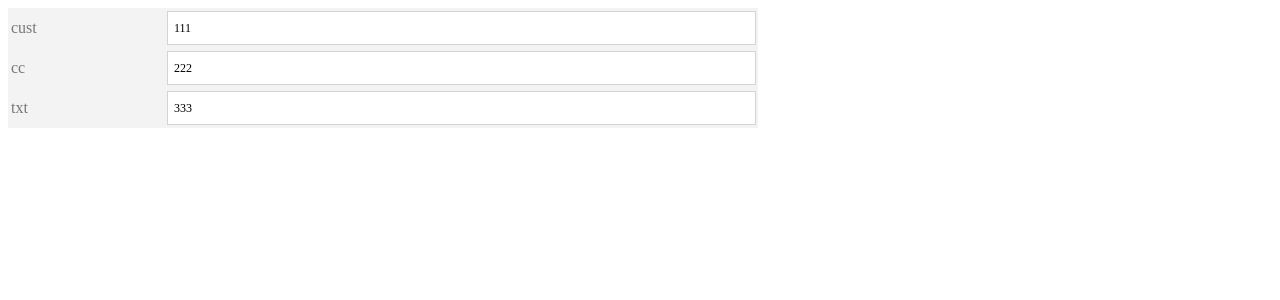
Repository: moonyohan1/react-recoil-ts
Page: / (app in 3.Input/)
The author's editor kept a copy of each file at every save. The page is drawn from the files as they stood at one save, then again after the next save.
The browser window is 1280 px wide. The pictures show the whole page.
The project was rebuilt for these pictures with package versions that can differ from the ones it lists, and the page was loaded fresh each time.

Above is the page before, as saved 2022-09-03 17:43:11.

### 3.Input/src/index.tsx
import React from 'react';
import ReactDOM from 'react-dom/client';
import App from './App';


const rootElement = document.getElementById('root');
if (!rootElement) throw new Error('Failed to find the root element');
const root = ReactDOM.createRoot(rootElement);

root.render(
  <React.StrictMode>
    <App />
  </React.StrictMode>
);

### 3.Input/src/App.tsx
import React from "react";
import {
	RecoilRoot,
	atom,
	selector,
	useRecoilState,
	useRecoilValue,
} from "recoil";

import { Form } from "Form";
import './css/index.css'

function App() {
	return (
	  <div className="App">
		<RecoilRoot>
		  	<Form>
			</Form>

		</RecoilRoot>
	  </div>
	);
}

export default App;

### 3.Input/src/Form.tsx
import { Field } from "Field";
import { DataModel } from "state";
import { useRecoilValue } from "recoil";

export const Form = ({}: any) => {
	const dataModel = useRecoilValue(DataModel);
	return (
		<ul
			style={{ maxWidth: "750px" }}
			className={"wrapper-form wrapper-form-state-1"}
			data-render-type={"list"}
		>
			{Object.entries(dataModel).map((item) => {
				return <Field key={item[0]} pid={item[0]}></Field>;
			})}
		</ul>
	);
};

### 3.Input/src/css/index.css
.wrapper-form {
  list-style: none;
  padding: 0;
  margin: 0;
  background-color: #f3f3f3;
  margin-bottom: 5px;
  max-width: none;
}
.wrapper-form, .wrapper-form > li {
  display: -ms-flexbox;
  display: flex;
  -ms-flex-wrap: wrap;
  flex-wrap: wrap;
  -ms-flex-align: center;
  align-items: center;
  position: relative;
}

.wrapper-form-state-1.wrapper-form > li {
    width: 100%;
}
.wrapper-form > li {
    min-height: 31px;
}

.wrapper-form > li > .title {
  color: #777777;
}
.wrapper-form > li > .title, .wrapper-form > li > .form {
  padding: 3px;
}

.wrapper-form > li > .form {
  -ms-flex: 1;
  flex: 1;
  position: relative;
  min-width: 130px;
}

.wrapper-form > li > .title, .wrapper-form > li > .form {
  padding: 3px;
}

.wrapper-form > li > .form .control-set {
  float: none;
  width: 100%;
  margin-right: 0;
}

.control-set {
  float: left;
  display: -ms-flexbox;
  display: flex;
  -ms-flex-wrap: wrap;
  flex-wrap: wrap;
  -ms-flex-align: center;
  align-items: center;
  position: relative;
  word-wrap: break-word;
  word-break: break-word;
}

.control-set .control {
  display: -ms-flexbox;
  display: flex;
  -ms-flex-wrap: wrap;
  flex-wrap: wrap;
  -ms-flex: 1;
  flex: 1;
  -ms-flex-align: center;
  align-items: center;
  position: relative;
  word-wrap: break-word;
  word-break: break-word;
}

.control-set .control > .form-control, .control-set .control > .tags-input, .control-set .control > .well, .control-set .control > .wrapper-attach-file {
  -ms-flex: 1;
  flex: 1;
}

.control-set .control > * {
  margin-right: -1px;
  z-index: 1;
}

.form-control {
  display: block;
  width: 100%;
  height: 26px;
  padding: 3px 6px;
  font-size: 12px;
  line-height: 1.42857143;
  color: #000;
  background-color: #fff;
  border: 1px solid #d4d4d4;
  transition: border-color ease-in-out 0.15s, box-shadow ease-in-out 0.15s;
  outline: 0;
  border-radius: 0;
  -webkit-appearance: none;
}

input, button, select, textarea {
  font-family: inherit;
  font-size: inherit;
  line-height: inherit;
}

### 3.Input/src/Field.tsx
import { Title } from "Title";
import { Input } from "Input";
import React from "react";

export const Field = ({ pid }) => {
	return (
		<li>
			<Title pid={pid}></Title>
			<Input pid={pid}></Input>
		</li>
	);
};

### 3.Input/src/state.ts
import { atom, selector, atomFamily, selectorFamily } from "recoil";
import dataModel from "./metadata/dataModel.json";

export const DataModel = atom({
	key: "dataModel",
	default: dataModel,
});

export const controlState = selectorFamily<any, string>({
	key: "controlSelector",
	get:
		(pid) =>
		({ get }) => {
			return get(DataModel)[pid];
		},
	set:
		(pid) =>
		({ set }, newValue) => {
			set(DataModel, (prevState) => {
				return { ...prevState, [pid]: newValue };
			});
		},
});

### 3.Input/src/Title.tsx

export const Title = ({pid}) => {
	return (
		<div className="title" style={{"width": "150px"}}>{pid}</div>
	);
  };

### 3.Input/src/Input.tsx

import { useRecoilState, useRecoilValue } from 'recoil';
import {controlState, DataModel} from 'state'


export const Input = ({pid}) => {
	const [value, setValue] = useRecoilState(controlState(pid));
	const onChange = (e)=>{
		setValue(e.target.value);
	}

	return (
		<div className="form">
			<div className="control-set">
				<div className="control">
					<input className="form-control " placeholder={value} value= {value} onChange={onChange}></input>
				</div>
			</div>
		</div>
	);
  };

### 3.Input/src/metadata/dataModel.json
{
    "cust": "111",
    "cc": "222",
    "txt": "333"
}

Loaded but not shown: 3.Input/public/index.html (common file)

After the next save:
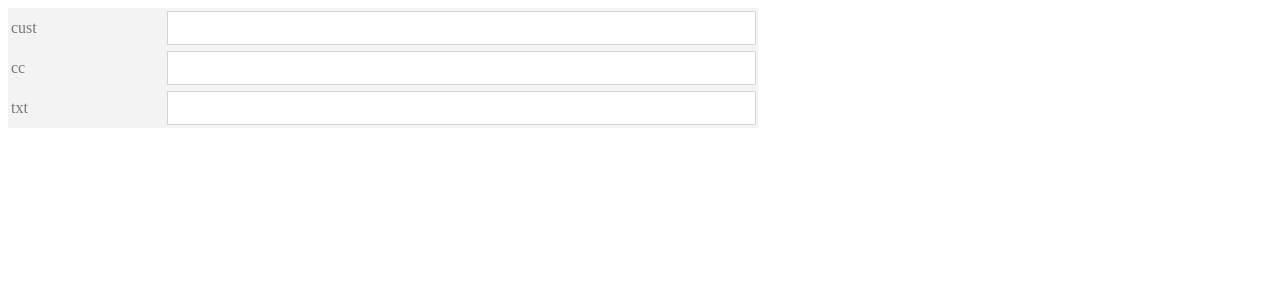
Saved 7 min 3 s later.
--- a/3.Input/src/Input.tsx
+++ b/3.Input/src/Input.tsx
@@ -1,14 +1,10 @@
 
-import { useRecoilState, useRecoilValue } from 'recoil';
+import { useCallback } from 'react';
+import { useRecoilCallback, useRecoilState, useRecoilValue } from 'recoil';
 import {controlState, DataModel} from 'state'
 
 
-export const Input = ({pid}) => {
-	const [value, setValue] = useRecoilState(controlState(pid));
-	const onChange = (e)=>{
-		setValue(e.target.value);
-	}
-
+export const Input = ({value, onChange}) => {
 	return (
 		<div className="form">
 			<div className="control-set">
@@ -19,3 +15,12 @@ export const Input = ({pid}) => {
 		</div>
 	);
   };
+
+  export const ItemPresenter = ({pid}) =>{
+	const [value, setValue] = useRecoilState(controlState(pid));
+	const onChange = useCallback((e)=>{
+		setValue(e.target.value);
+	},[])
+
+	return <Input onChange={onChange} value = {value}></Input>
+  }

After the save that followed:
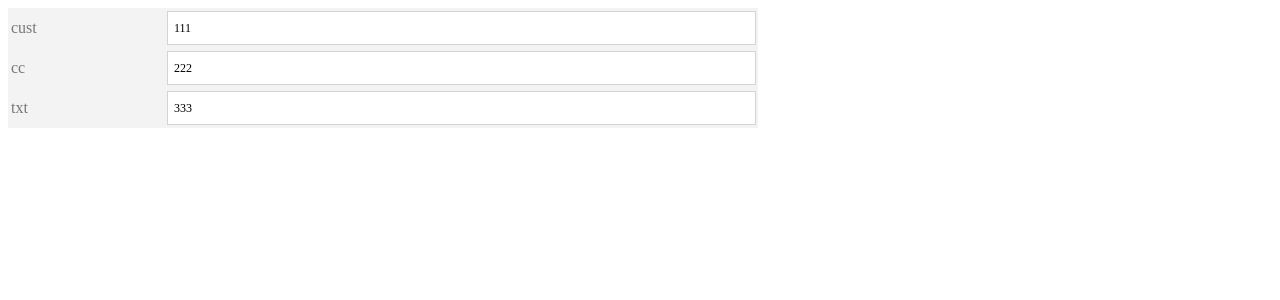
Saved 12 s later.
--- a/3.Input/src/Field.tsx
+++ b/3.Input/src/Field.tsx
@@ -1,12 +1,12 @@
 import { Title } from "Title";
-import { Input } from "Input";
+import { ItemPresenter } from "Input";
 import React from "react";
 
 export const Field = ({ pid }) => {
 	return (
 		<li>
 			<Title pid={pid}></Title>
-			<Input pid={pid}></Input>
+			<ItemPresenter pid={pid}></ItemPresenter>
 		</li>
 	);
 };
